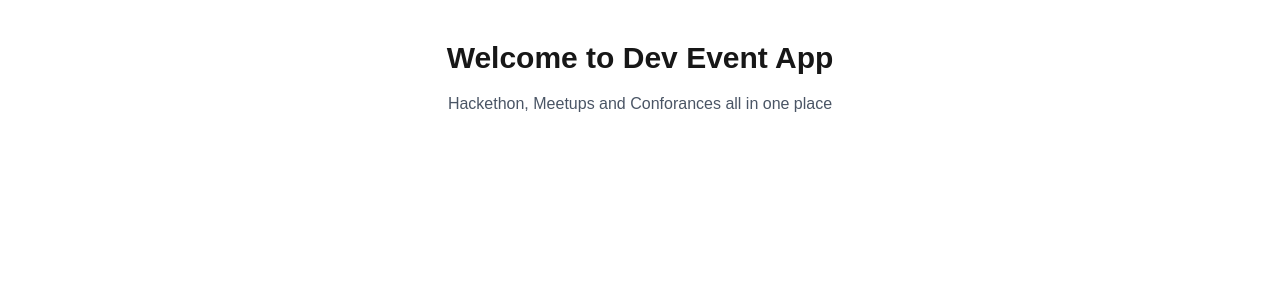
Repository: harshhariyani404/dev-events
Page: /
An editor plug-in stored every save of this project. The page is shown before and after the next save, followed by the edit.
The browser window is 1280 px wide. The pictures show the whole page.
The project was rebuilt for these pictures with package versions that can differ from the ones it lists, and the page was loaded fresh each time. The framework's server and built-in components were replaced by stand-ins that run in the browser. Also part of the build but not shown: next.config.ts.

Above is the page before, as saved 2026-02-06 14:23:08.

After the next save:
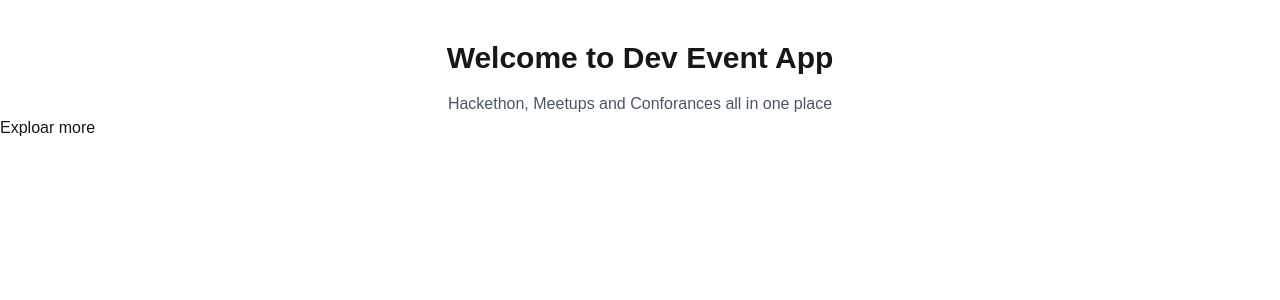
Saved 23 s later.
--- a/app/page.tsx
+++ b/app/page.tsx
@@ -1,8 +1,11 @@
+import Exploarbtn from "./components/Exploarbtn";
+
 const page = () => {
   return (
     <section>
       <h1 className="text-3xl font-bold text-center mt-10">Welcome to Dev Event App</h1>
       <p className="text-center mt-4 text-gray-600">Hackethon, Meetups and Conforances all in one place</p>
+      <Exploarbtn />
     </section>
   );
 }
